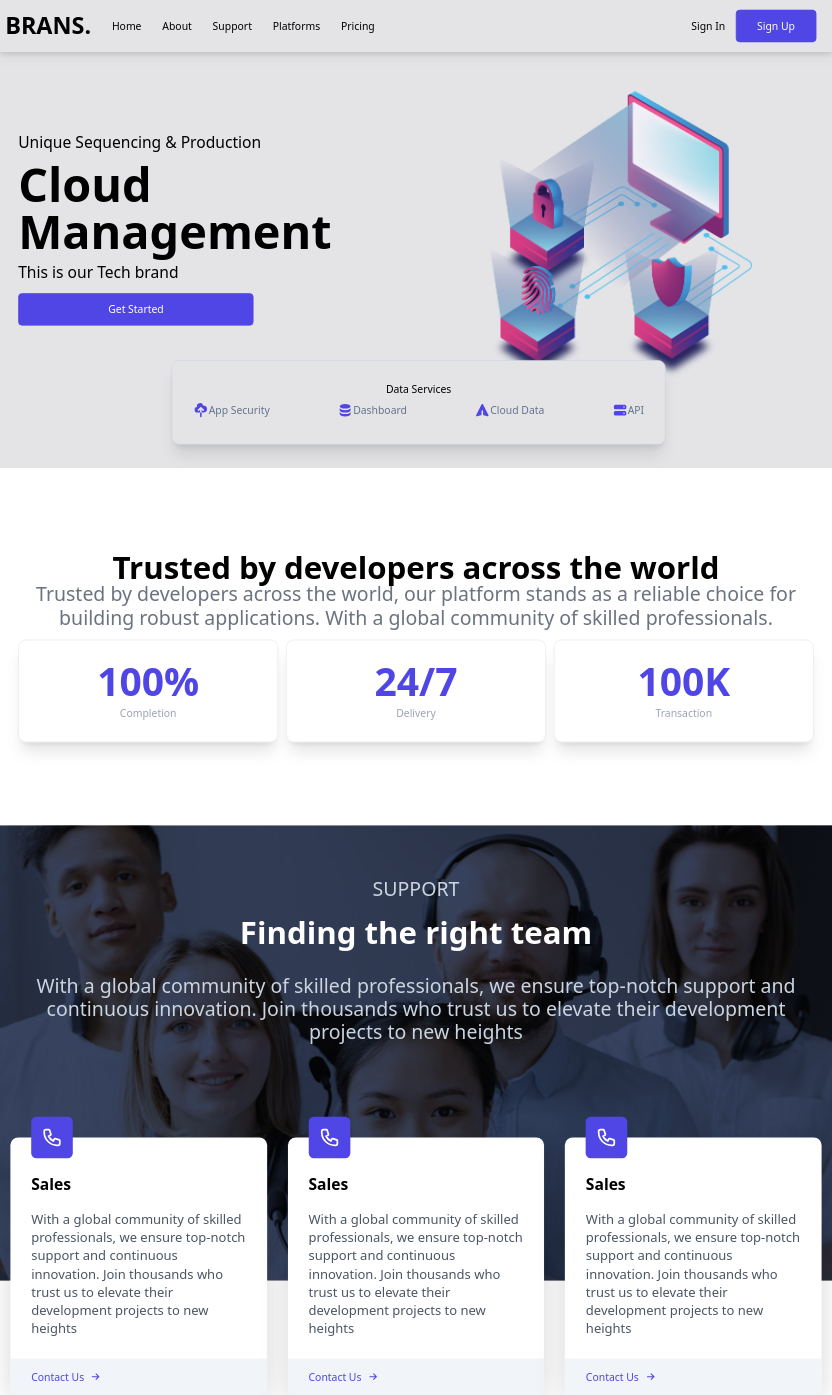
Repository: adrcstro/react-project-2
Page: /
These files come from the project's save history. The page is drawn as it stood at one moment and after the next save; the edit follows.
The browser window is 1280 px wide. The pictures show the whole page, at 65% of full size.
The project was rebuilt for these pictures with package versions that can differ from the ones it lists, and the page was loaded fresh each time.

Above is the page before, as saved 2024-08-15 20:40:59.

### src/index.js
import React from 'react';
import ReactDOM from 'react-dom/client';
import './index.css';
import App from './App';

const root = ReactDOM.createRoot(document.getElementById('root'));
root.render(

    <App />

);

### src/index.css
@tailwind base;
@tailwind components;
@tailwind utilities;

@layer base{
    li{
       @apply p-4
    }
    button{
        @apply text-white border bg-indigo-600 border-indigo-600
        hover:bg-transparent hover:text-indigo-600 rounded-md
    }
}

### src/App.js
import About from "./components/About";
import Hero from "./components/Hero";
import Navbar from "./components/Navbar";
import Support from "./components/Support";



function App() {
  return (
    <>
<Navbar/>
<Hero/>
<About />
<Support />
    </>

  );
}

export default App;

### src/components/About.jsx
import React from 'react'

function About() {
  return (
    <div className='w-full my-32'>
        <div className='max-w-[1240px] mx-auto'>
          <div className='text-center'>
            <h2 className='text-5xl font-bold'>Trusted by developers across the world</h2>
            <p className='text-3xl py6 text-gray-500 px-3'>Trusted by developers across the world, our platform stands as a reliable choice for building robust
             applications. With a global community of skilled professionals.</p>
          </div>

          <div className='grid md:grid-cols-3 gap-3 px-2 text-center mt-4'>
             <div className='border py-8 rounded-xl shadow-xl'>
              <p className='text-6xl font-bold text-indigo-600'>100%</p>
              <p className='text-gray-400 mt-2'>Completion</p>
             </div>
             <div className='border py-8 rounded-xl shadow-xl'>
              <p className='text-6xl font-bold text-indigo-600'>24/7</p>
              <p className='text-gray-400 mt-2'>Delivery</p>
             </div>
             <div className='border py-8 rounded-xl shadow-xl'>
              <p className='text-6xl font-bold text-indigo-600'>100K</p>
              <p  className='text-gray-400 mt-2'>Transaction</p>
             </div>
          </div>
        </div>
    </div>
  )
}

export default About

### src/components/Hero.jsx
import React from 'react'
import {
  CloudUploadIcon,
  DatabaseIcon,
  PaperAirplaneIcon,
  ServerIcon,
} from '@heroicons/react/solid'

import bgImg from '../assets/cyber-bg.png'

function Hero() {
  return (
    <div className='w-full h-screen bg-zinc-200 flex flex-col justify-between'>
<div className='grid md:grid-cols-2 max-w-[1240px] m-auto'>
       <div className='flex flex-col justify-center md:items-start w-full px-2 py-8'>
        <p className='text-2xl'>Unique Sequencing & Production</p>
        <h1 className='py-3 text-5xl md:text-7xl font-bold'>Cloud Management</h1>
        <p className='text-2xl'>This is our Tech brand</p>
        <button className='py-3 px-6 sm:w-[60%] my-4 '>Get Started</button>
       </div>
       <div>
    <img className='w-full' src={bgImg} alt='/' />
       </div>
<div className='absolute flex flex-col py-8 md:min-w-[760px] bottom-[5%] mx-1 md:left-1/2
transform md:-translate-x-1/2 bg-zinc-200 border border-slate-300 rounded-xl text-center shadow-xl'>
  <p>Data Services</p>
  <div className='flex justify-between flex-wrap px-4'>
    <p className='flex px-4 py-2 text-slate-500'><CloudUploadIcon className='h-6 text-indigo-600' /> App Security</p>
    <p className='flex px-4 py-2 text-slate-500'><DatabaseIcon className='h-6 text-indigo-600' /> Dashboard</p>
    <p className='flex px-4 py-2 text-slate-500'><PaperAirplaneIcon className='h-6 text-indigo-600' /> Cloud Data</p>
    <p className='flex px-4 py-2 text-slate-500'><ServerIcon className='h-6 text-indigo-600' /> API</p>
  </div>
</div>
</div>
    </div>
  )
}

export default Hero

### src/components/Navbar.jsx
import React ,{useState} from 'react'
import {MenuIcon, XIcon} from '@heroicons/react/outline'

function Navbar() {

const [nav, setNav] = useState(false)
const handleClick = () => setNav(!nav)



  return (
    <div className='w-screen h-[80px] z-10 bg-zinc-200 fixed drop-shadow-lg'>
    <div className='px-2 flex justify-between items-center  w-full h-full'>
<div className='flex items-center'>
  <h1 className='text-3xl font-bold mr-4 sm:text-4xl'>BRANS.</h1>
  <ul className='hidden  md:flex'>
<li>Home</li>
<li>About</li>
<li>Support</li>
<li>Platforms</li>
<li>Pricing</li>
  </ul>
</div>
<div className='hidden md:flex pr-4'>
  <button className='border-none bg-transparent text-black mr-4'>Sign In</button>
  <button className='px-8 py-3'>Sign Up</button>
</div>

    <div  className='md:hidden' onClick={handleClick}>
    {!nav ? <MenuIcon className="w-5"/> : <XIcon className='w-5'/>}

    </div>
    </div>
<ul className={!nav ? 'hidden' : 'absolute bg-zinc-200 w-full px-8'}>
<li className='border-b-2 border-zinc-300 w-full'>Home</li>
<li className='border-b-2 border-zinc-300 w-full'>About</li>
<li className='border-b-2 border-zinc-300 w-full'>Support</li>
<li className='border-b-2 border-zinc-300 w-full'>Platforms</li>
<li className='border-b-2 border-zinc-300 w-full'>Pricing</li>
<div className='flex flex-col my-4'>
<button className='bg-transparent  text-indigo-600 px-8 py-3 mb-4'>Sign In</button>
<button className='px-8 py-3'>Sign Up</button>
</div>
</ul>

    </div>

  )
}

export default Navbar

### src/components/Support.jsx
import React from 'react'
import {PhoneIcon, ArrowSmRightIcon} from '@heroicons/react/outline';
import {ChipIcon, SupportIcon} from '@heroicons/react/solid'

import supportImg from '../assets/support.jpg'
function Support() {
  return (
    <div className='w-full h-screen mt-24'>
        <div className='w-full h-[700px] bg-gray-900/90 absolute'>
            <img className='w-full h-full object-cover mix-blend-overlay' src={supportImg} alt='/' />
        </div>
        <div className='w-max-w-[1240px] mx-auto text-white relative'>
            <div className='px-4 py-12'>
                <h2 className='text-3xl pt-8 text-slate-300 uppercase text-center'>Support</h2>
                <h3 className='text-5xl font-bold py-6 text-center'>Finding the right team</h3>
                <p className='py-4 text-3xl text-center text-slate-300 '>With a global community of skilled professionals, we ensure top-notch support and continuous innovation. Join thousands
                 who trust us to elevate their development projects to new heights</p>
            </div>


            <div className='grid grid-cols-1 lg:grid-cols-3 relative gap-x-8 gap-y-16 px-4 pt-12 sm:pt-20 text-black'>
            <div className='bg-white rounded-xl shadow-2xl'>
                 <div className='p-8'>
                    <PhoneIcon className='w-16 p-4 bg-indigo-600 text-white rounded-lg mt-[-4rem]'/>
                    <h3 className='font-bold text-2xl my-6'>Sales</h3>
                    <p className='text-gray-600 text-xl '>With a global community of skilled professionals, we ensure top-notch support and continuous innovation. Join thousands who trust us to elevate their development projects to new heights</p>
                 </div>
                 <div className='bg-slate-100 pl-8 py-4'>
                    <p className='flex items-center text-indigo-600'>Contact Us <ArrowSmRightIcon className='w-5 ml-2'/> </p>
                 </div>
            </div>
            <div className='bg-white rounded-xl shadow-2xl'>
                 <div className='p-8'>
                    <PhoneIcon className='w-16 p-4 bg-indigo-600 text-white rounded-lg mt-[-4rem]'/>
                    <h3 className='font-bold text-2xl my-6'>Sales</h3>
                    <p className='text-gray-600 text-xl '>With a global community of skilled professionals, we ensure top-notch support and continuous innovation. Join thousands who trust us to elevate their development projects to new heights</p>
                 </div>
                 <div className='bg-slate-100 pl-8 py-4'>
                    <p className='flex items-center text-indigo-600'>Contact Us <ArrowSmRightIcon className='w-5 ml-2'/> </p>
                 </div>
            </div>
            <div className='bg-white rounded-xl shadow-2xl'>
                 <div className='p-8'>
                    <PhoneIcon className='w-16 p-4 bg-indigo-600 text-white rounded-lg mt-[-4rem]'/>
                    <h3 className='font-bold text-2xl my-6'>Sales</h3>
                    <p className='text-gray-600 text-xl '>With a global community of skilled professionals, we ensure top-notch support and continuous innovation. Join thousands who trust us to elevate their development projects to new heights</p>
                 </div>
                 <div className='bg-slate-100 pl-8 py-4'>
                    <p className='flex items-center text-indigo-600'>Contact Us <ArrowSmRightIcon className='w-5 ml-2'/> </p>
                 </div>
            </div>
        </div>
    </div>
    </div>
  )
}

export default Support

Loaded but not shown: public/index.html (common file); tailwind.config.js (common file)

After the next save:
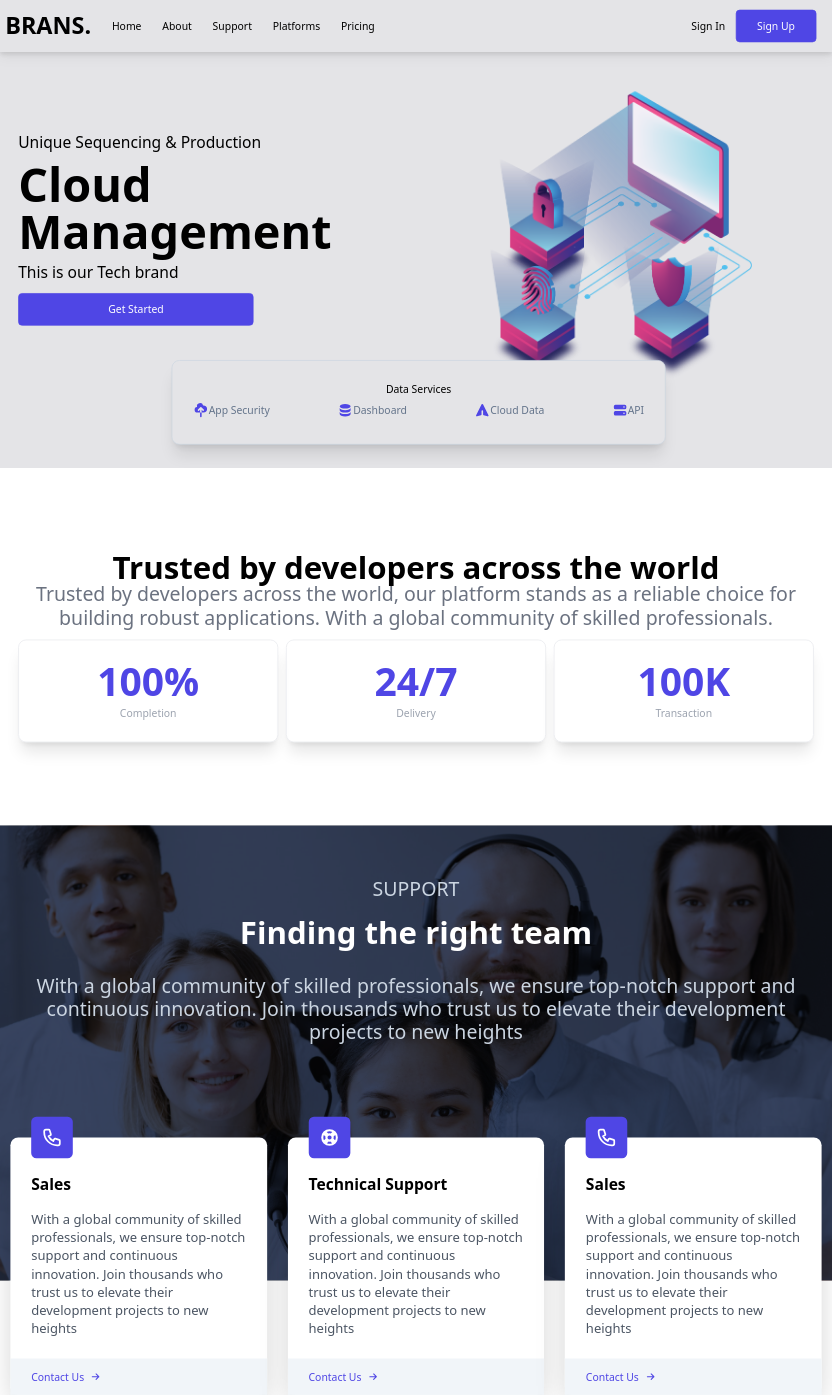
Saved 54 s later.
--- a/src/components/Support.jsx
+++ b/src/components/Support.jsx
@@ -31,8 +31,8 @@ function Support() {
             </div>
             <div className='bg-white rounded-xl shadow-2xl'>
                  <div className='p-8'>
-                    <PhoneIcon className='w-16 p-4 bg-indigo-600 text-white rounded-lg mt-[-4rem]'/>
-                    <h3 className='font-bold text-2xl my-6'>Sales</h3>
+                    <SupportIcon className='w-16 p-4 bg-indigo-600 text-white rounded-lg mt-[-4rem]'/>
+                    <h3 className='font-bold text-2xl my-6'>Technical Support</h3>
                     <p className='text-gray-600 text-xl '>With a global community of skilled professionals, we ensure top-notch support and continuous innovation. Join thousands who trust us to elevate their development projects to new heights</p>
                  </div>
                  <div className='bg-slate-100 pl-8 py-4'>
